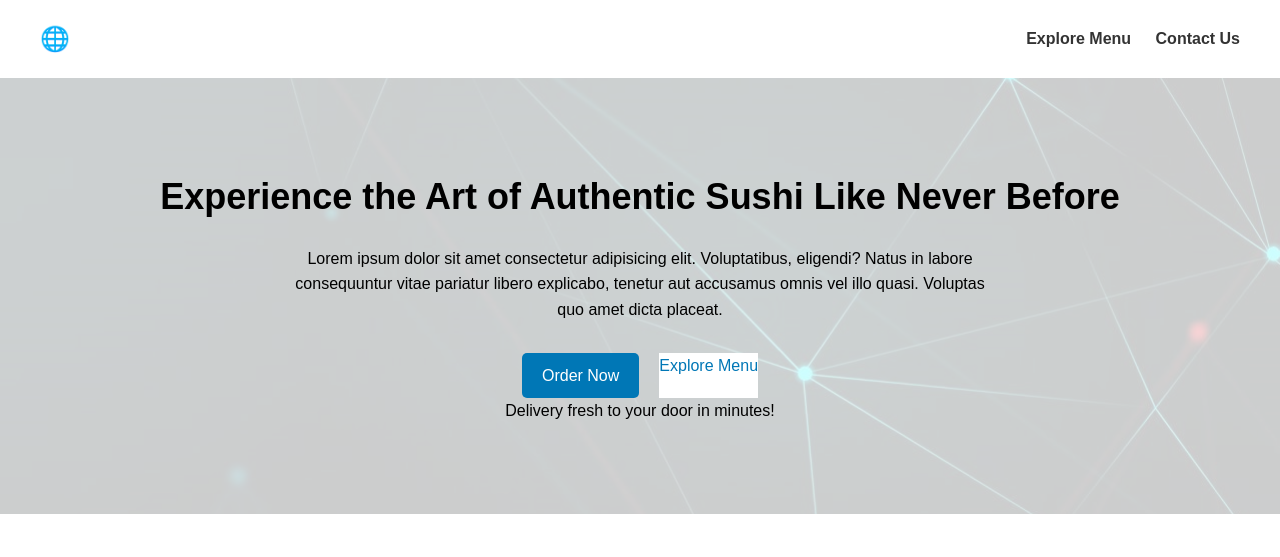
Repository: Femi007-gh/experience
Page: index.html
The author's editor kept a copy of each file at every save. The page is drawn from the files as they stood at one save, then again after a run of saves.
The browser window is 1280 px wide. The pictures show the whole page.

Above is the page before, as saved 2025-01-16 07:06:01.

### index.html
<html>
  <head>
    <title></title>
    <link rel="stylesheet" href="style.css">
  </head>
  <body>
    <header>
      <div class="logo">🌐</div>
      <nav>
        <a href="#">Explore Menu</a>
        <a href="#">Contact Us</a>
      </nav>
    </header>
    <main>
      <section class="hero">
        <h1>Experience the Art of Authentic Sushi Like Never Before</h1>
        <p>Lorem ipsum dolor sit amet consectetur adipisicing elit. Voluptatibus, eligendi? Natus in labore consequuntur vitae pariatur libero explicabo, tenetur aut accusamus omnis vel illo quasi. Voluptas quo amet dicta placeat.</p>
        <div class="cta-buttons">
          <a href="#" class="btn-primary">Order Now</a>
          <a href="#" class="btn-secondary">Explore Menu</a>
        </div>
        <p class="delivery-info">Delivery fresh to your door in minutes!</p>
      </section>
    </main>
  </body>
</html>

### style.css
/* body or * */
body {
  padding: 0;
  margin: 0;
  background-color: white;
  font-family: Arial, Helvetica, sans-serif;
  line-height: 1.6;
}

header {
  display: flex;
  justify-content: space-between;
  align-items: center;
  padding: 20px 40px;
  background-color: #fff;
}

header .logo {
  font-size: 24px;
}

header nav a {
  text-decoration: none;
  margin-left: 20px;
  color: #333;
  font-weight: 600;
}

header nav a:hover {
  color: #0077b6;
}

.hero {
  text-align: center;
  padding: 60px 20px;
  background: #fff url('ART.jpg') no-repeat center;
  background-size: cover;
  position: relative;
}

.hero::before {
  content: "";
  position: absolute;
  top: 0;
  left: 0;
  width: 100%;
  height: 100%;
  background-color: rgba(255, 255, 255, 0.8);
}

.hero h1 {
  font-size: 36px;
  font-weight: 700;
  position: relative;
  margin-bottom: 20px;
}

.hero p {
  max-width: 700px;
  margin: 0 auto 30px;
  position: relative;
}

.cta-buttons {
  display: flex;
  justify-content: center;
  gap: 20px;
  margin-top: 20px;
  position: relative;
}

.btn-primary {
  color: #fff;
  text-decoration: none;
  padding: 10px 20px;
  border-radius: 5px;
  background: #0077b6;
}

.btn-primary:hover {
  background-color: #005f8a;
}

.btn-secondary {
  background: #fff;
  color: #0077b6;
  text-decoration: none;
  padding
}

After the next 5 saves:
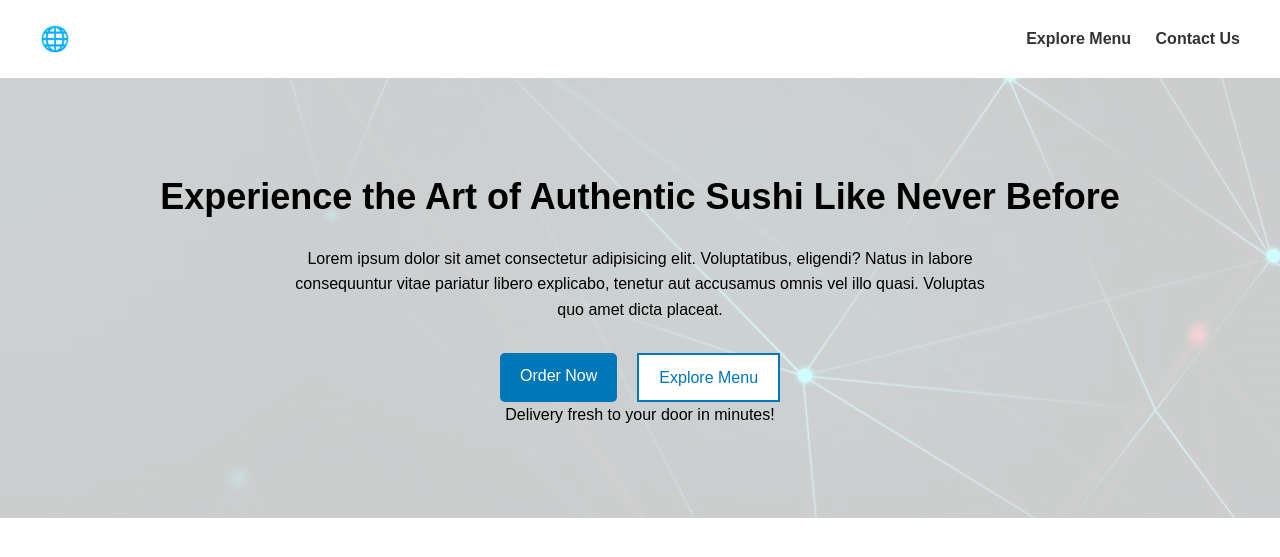
The 5 saves are shown as one change because they came seconds apart.
The last was saved 18 s later.
--- a/style.css
+++ b/style.css
@@ -85,5 +85,6 @@ header nav a:hover {
   background: #fff;
   color: #0077b6;
   text-decoration: none;
-  padding
+  padding: 10px 20px;
+  border: 2px solid
 }
